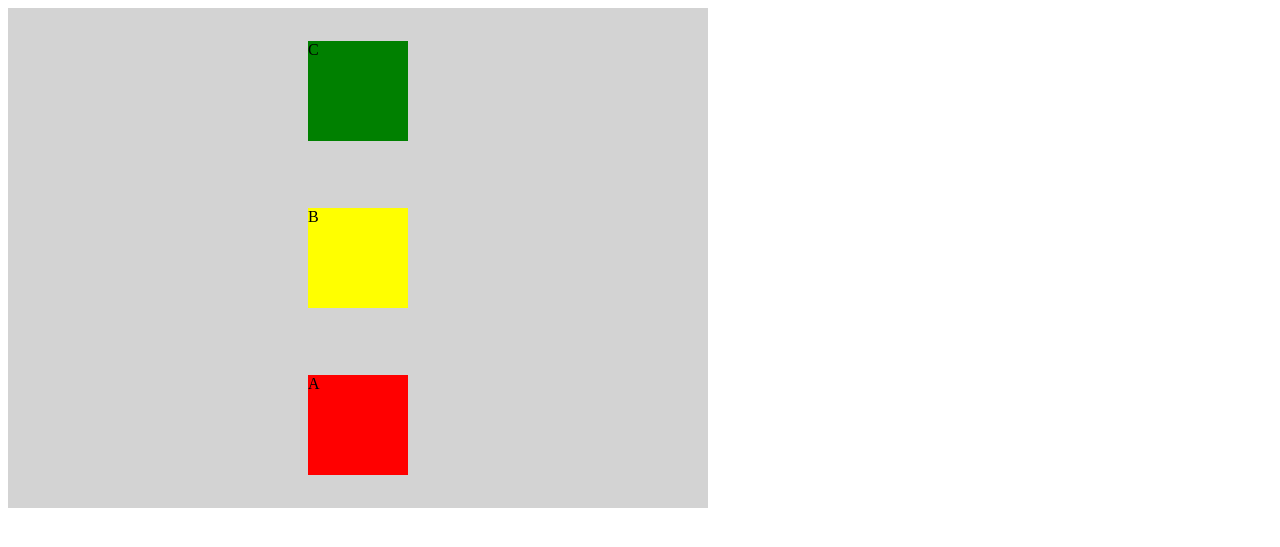
Repository: 4forces/HTML-CSS-LESSON
Page: postion.html
The author's editor kept a record of every edit. The page is drawn from the files as they stood at one moment, then again after the next edit.
The browser window is 1280 px wide. The pictures show the whole page.

Above is the page before.

After the next edit:
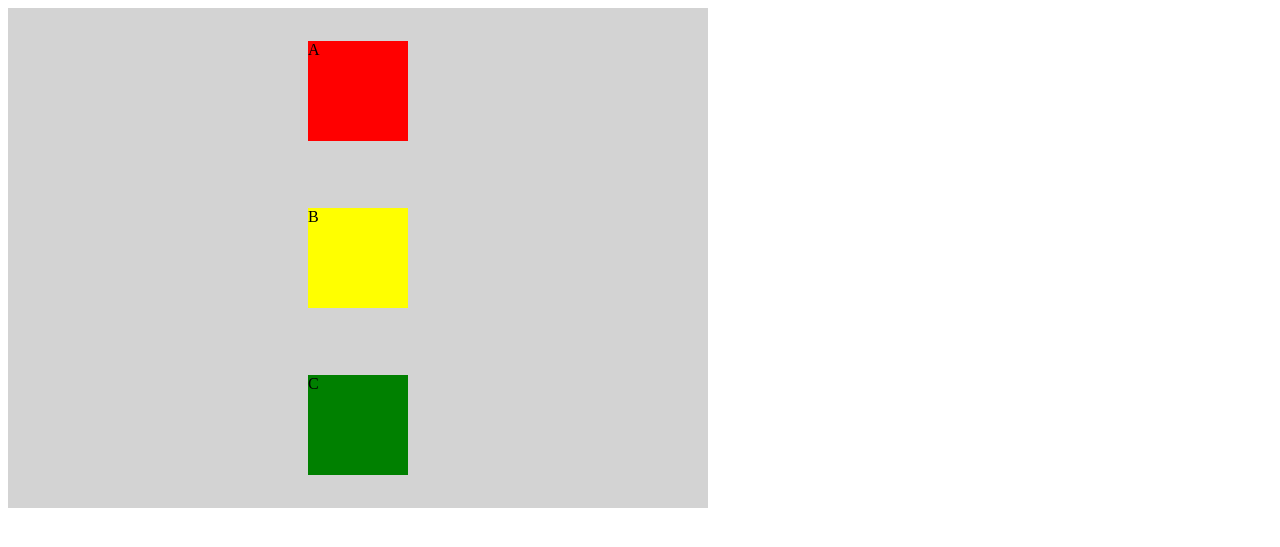
The edit:
--- a/postion.html
+++ b/postion.html
@@ -13,7 +13,8 @@
             display : flex;
             justify-content: space-around;
             align-items: center;
-            flex-direction:column-reverse;
+            flex-direction:column;
+            align-content:flex-start;
         }
         .boxa{
             height:100px;
